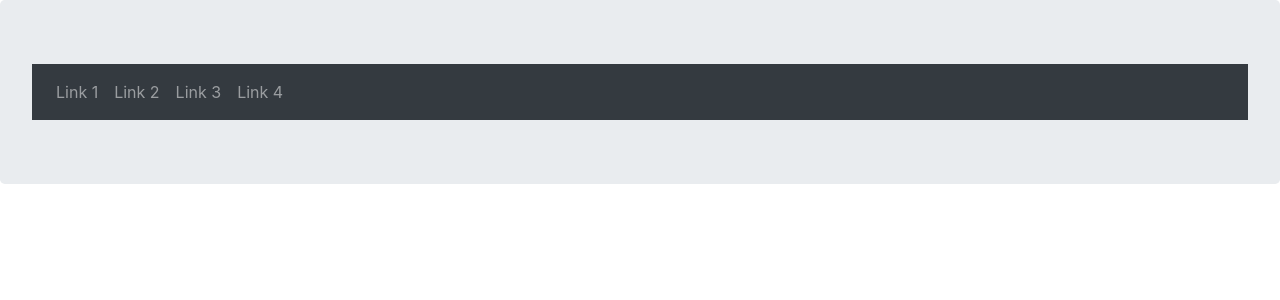
Repository: djzaragoza/bzbeemama
Page: index.html
An editor plug-in stored every save of this project. The page is shown before and after a run of saves, followed by the edit.
The browser window is 1280 px wide. The pictures show the whole page.
Some web libraries are served in a nearby version.

Above is the page before, as saved 2020-04-06 07:18:53.

### index.html
<!DOCTYPE html>

    <head>
        <title>BzBeeMama</title>
        <meta charset="UTF-8">
        <meta name="viewport" content="width=device-width, initial-scale=1.0">
        <script src="https://code.jquery.com/jquery-2.1.3.min.js"></script>

        <link rel="stylesheet" href="index.css">
        <link rel="stylesheet" href="https://stackpath.bootstrapcdn.com/bootstrap/4.4.1/css/bootstrap.min.css" integrity="sha384-Vkoo8x4CGsO3+Hhxv8T/Q5PaXtkKtu6ug5TOeNV6gBiFeWPGFN9MuhOf23Q9Ifjh" crossorigin="anonymous">

    </head>

    <body>
        <!-- bg-priary, bg-success, bg-warning, bg-info, and bg-danger-->
        <div class="jumbotron"
        <nav class="navbar navbar-expand-md navbar-dark bg-dark">

            <span class="navbar navbar-expand-md navbar-dark bg-dark">


            <ul class="navbar-nav">
                <li class="nav-item">
                    <a class="nav-link" href="#">Link 1</a>
                </li>
                <li class="nav-item">
                    <a class="nav-link" href="#">Link 2</a>
                </li>
                <li class="nav-item">
                    <a class="nav-link" href="#">Link 3</a>
                </li>
                <li class="nav-item">
                    <a class="nav-link" href="#">Link 4</a>
                </li>
            </ul>





    </body>




















</html>

### index.css
@import url('https://fonts.googleapis.com/css?family=Montserrat');

body {
    max-width: 100%;
    font-family: 'Montserrat', sans-serif;
}

After the next 4 saves:
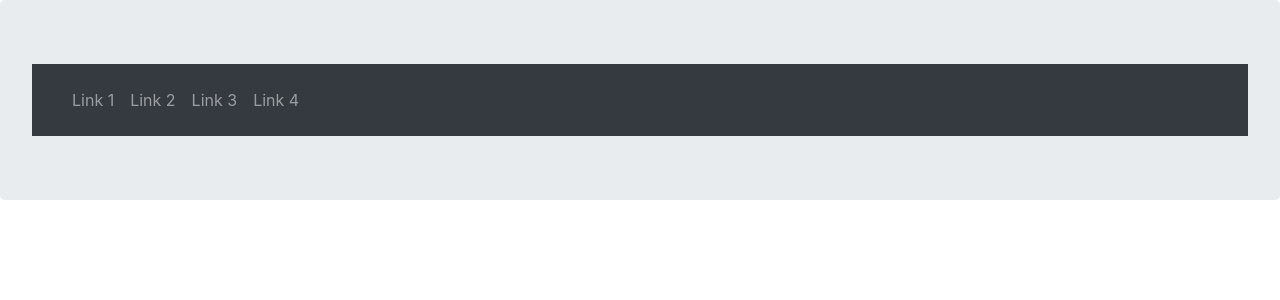
The 4 saves are shown as one change because they came seconds apart.
The last was saved 13 s later.
--- a/index.html
+++ b/index.html
@@ -13,7 +13,7 @@
 
     <body>
         <!-- bg-priary, bg-success, bg-warning, bg-info, and bg-danger-->
-        <div class="jumbotron"
+        <div class="jumbotron" style="margin-bottom: 0px;">
         <nav class="navbar navbar-expand-md navbar-dark bg-dark">
 
             <span class="navbar navbar-expand-md navbar-dark bg-dark">
